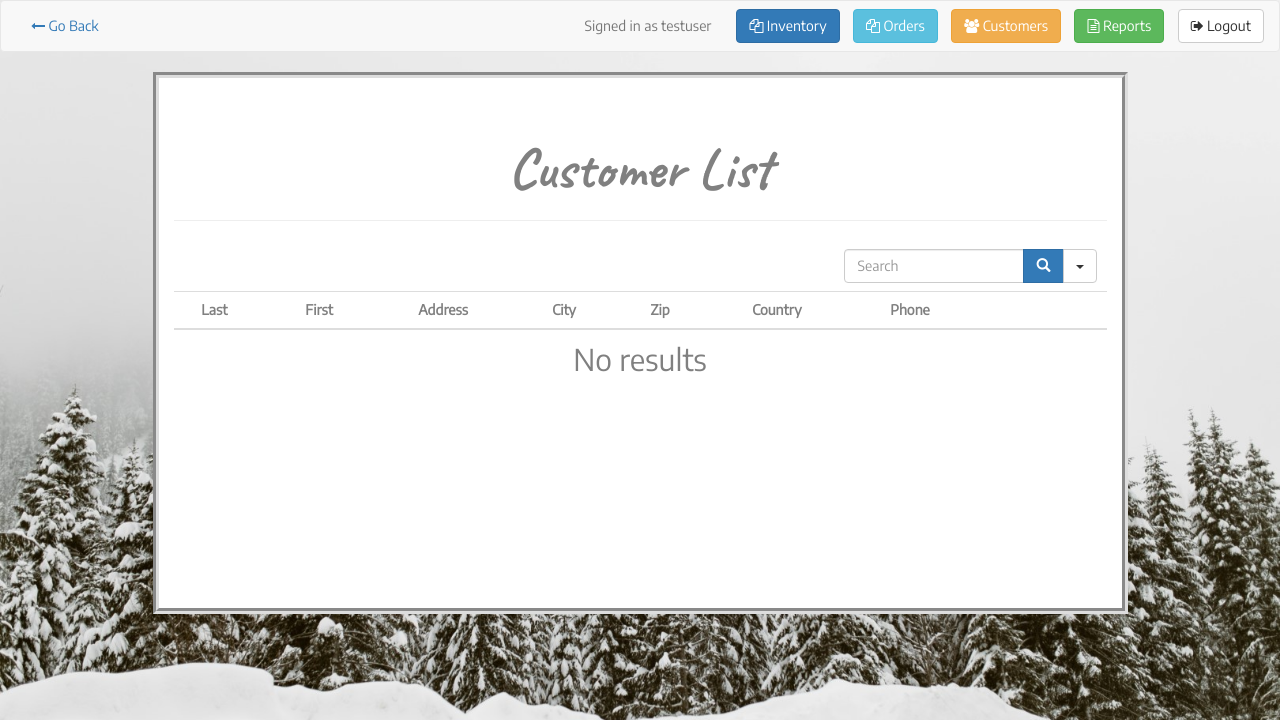
Repository: maliking/making
Page: http://localhost/final_project/customers.php
The author's editor kept a record of every edit. The page is drawn from the files as they stood at one moment, then again after the next edit.
The browser window is 1280 px wide. The pictures show the whole page.
The page is run by PHP 8.4 with error messages shown; the project is at /var/www/html/. The session is filled in as if someone had signed in: {"username": "testuser", "userType": "admin", "adminFullName": "Test User"}. Other server files are loaded and not shown. Queries for data that is not in the repository find no rows.

Above is the page before.
Console error: TypeError: Cannot read properties of undefined (reading 'prototype')

### final_project/customers.php
<?php
session_start();

if (!isset($_SESSION["username"])) {
    header("Location: loginPage.php");
    exit;
}

function customerList() {
    include "../dbConnection.php";
    $conn = getDatabaseConnection();

    $sql = "  SELECT *
                FROM customers
            ORDER BY customers.customerID";

    $stmt = $conn -> prepare($sql);
    $stmt -> execute();
    $records = $stmt -> fetchAll(PDO::FETCH_ASSOC);

    return $records;
}
?>

<!DOCTYPE html>
<html>
    <head>
        <title>Customers</title>
        <!-- HEADER TEMPLATE BEGIN -->
        <?php include 'templates/header.php'?>
        <!-- HEADER TEMPLATE END -->
    </head>
    <body>
        <nav class="navbar navbar-default">
            <div class="container-fluid">
                <div class="navbar-header navbar-left">
                    <p class="navbar-text"><a href="index.php"><i class="fa fa-long-arrow-left"></i> Go Back</a></p>
                </div>
                <div class="navbar-header navbar-right">
                    <p class="navbar-text">Signed in as <?=$_SESSION['username']?></p>
                    <a class="btn btn-primary navbar-btn productBtn" href="index.php"><i class="fa fa-files-o"></i> Inventory</a>
                    <a class="btn btn-info navbar-btn productBtn" href="orders.php"><i class="fa fa-files-o"></i> Orders</a>
                    <a class="btn btn-warning navbar-btn productBtn" href="customers.php"><i class="fa fa-users"></i> Customers</a>
                    <a class="btn btn-success navbar-btn productBtn" href="reports.php"><i class="fa fa-file-text-o"></i> Reports</a>
                    <a class="btn btn-default navbar-btn productBtn" href="logout.php"><i class="fa fa-sign-out"></i> Logout</a>
                </div>
            </div>
        </nav>
        <div class="container">
            <div class="row">
                <div class="col-xs-10 col-xs-offset-1 text-center">
                    <h1>Customer List</h1>
                    <hr>
                    <table class="table" data-filtering="true">
                        <thead>
                        <tr>
                            <th>Last</th>
                            <th>First</th>
                            <th>Address</th>
                            <th>City</th>
                            <th>Zip</th>
                            <th>Country</th>
                            <th>Phone</th>
                            <th></th>
                            <th></th>
                        </tr>
                        </thead>

                        <?php
                        $customers = customerList();
                        foreach ($customers as $customer) {
                            echo "<tr>";
                            echo "<td>" . $customer["lastName"] . "</td>";
                            echo "<td>" . $customer["firstName"] . "</td>";
                            echo "<td>" . $customer["address"] . "</td>";
                            echo "<td>" . $customer["city"] . "</td>";
                            echo "<td>" . $customer["zip"] . "</td>";
                            echo "<td>" . $customer["country"] . "</td>";
                            echo "<td>" . $customer["phone"] . "</td>";
                            echo "<td><a href=\"orders.php?customerID=" . $customer["customerID"] . " class=\"btn btn-link\">View All Orders</a></td>";
                            echo "<td>
                                    <a class=\"btn btn-warning productBtn\" href=\"editCustomer.php?customerID=" . $customer["customerID"] . "\"><i class=\"fa fa-pencil\"></i></a>
                                  </td>";
                            echo "</tr>";
                        }
                        ?>
                    </table>
                </div>
            </div>
        </div>
        <!-- FOOTER TEMPLATE BEGIN -->
        <?php include 'templates/footer.php'?>
        <!-- FOOTER TEMPLATE END -->
        <script>
        /* global $ jQuery */
        jQuery(function($){
        	$('.table').footable({
        		"sorting": {
        			"enabled": true
        		},
        		"paging": {
        		    "enabled": true
        		}
        	});
        });
        </script>
    </body>
</html>

### final_project/templates/header.php
<meta charset="utf-8" />
<link rel="stylesheet" href="../bootstrap/css/bootstrap.min.css">
<link rel="stylesheet" href="https://cdnjs.cloudflare.com/ajax/libs/font-awesome/4.7.0/css/font-awesome.min.css" />
<link href="css/styles.css" rel="stylesheet" type="text/css" />
<link href="footable/css/footable.bootstrap.min.css" rel="stylesheet" type="text/css" />
<link href="https://fonts.googleapis.com/css?family=Caveat:700|Encode+Sans" rel="stylesheet">

### dbConnection.php
<?php
function getDatabaseConnection($dbname="quotes") {
    // cloud9
    $host = 'localhost';
    $username = 'root';
    $password = '';

    //using different database variables in Heroku
    if  (strpos($_SERVER['HTTP_HOST'], 'herokuapp') !== false) {
        $url = parse_url(getenv("CLEARDB_DATABASE_URL"));
        $host = $url["host"];
        $dbname = substr($url["path"], 1);
        $username = $url["user"];
        $password = $url["pass"];
    }

    $conn = new PDO("mysql:host=$host;dbname=$dbname", $username, $password);
    $conn->setAttribute(PDO::ATTR_ERRMODE, PDO::ERRMODE_EXCEPTION);

    return $conn;
}
?>

### final_project/templates/footer.php
<script src="../bootstrap/js/jquery.min.js"></script>
<script src="../bootstrap/js/bootstrap.min.js"></script>
<script type="text/javascript" src="footable/js/footable.min.js"></script>

### final_project/css/styles.css
body {
    font-family: 'Encode Sans', sans-serif;
    background-image: url('../img/back3.jpg');
    background-attachment: fixed;
    background-size: cover;
    background-repeat: no-repeat;
    color: gray;
}

h1 {
    font-family: 'Caveat', cursive;
    padding-top: 40px;
    font-size: 4em;
}

.btn-sq-lg {
  width: 150px !important;
  height: 150px !important;
  padding-top: 20px !important;
}

.col-xs-8,
.col-xs-10 {
    background-color: white;
    border: 6px solid #ddd;
    border-style: groove;
    padding-bottom: 200px;
}

#reports {
}

th {
    text-align: center;
}

.brand {
    max-height: 30px;
    max-width: 70px;
}

#addProduct {
    float: right;
}

.productBtn {
    margin-left: 10px;
}

#green {
    color: green;
}
#red {
    color: red;
}

Loaded but not shown: bootstrap/css/bootstrap.min.css (library); final_project/footable/css/footable.bootstrap.min.css (library); bootstrap/js/jquery.min.js (library); bootstrap/js/bootstrap.min.js (library); final_project/footable/js/footable.min.js (library)

After the next edit:
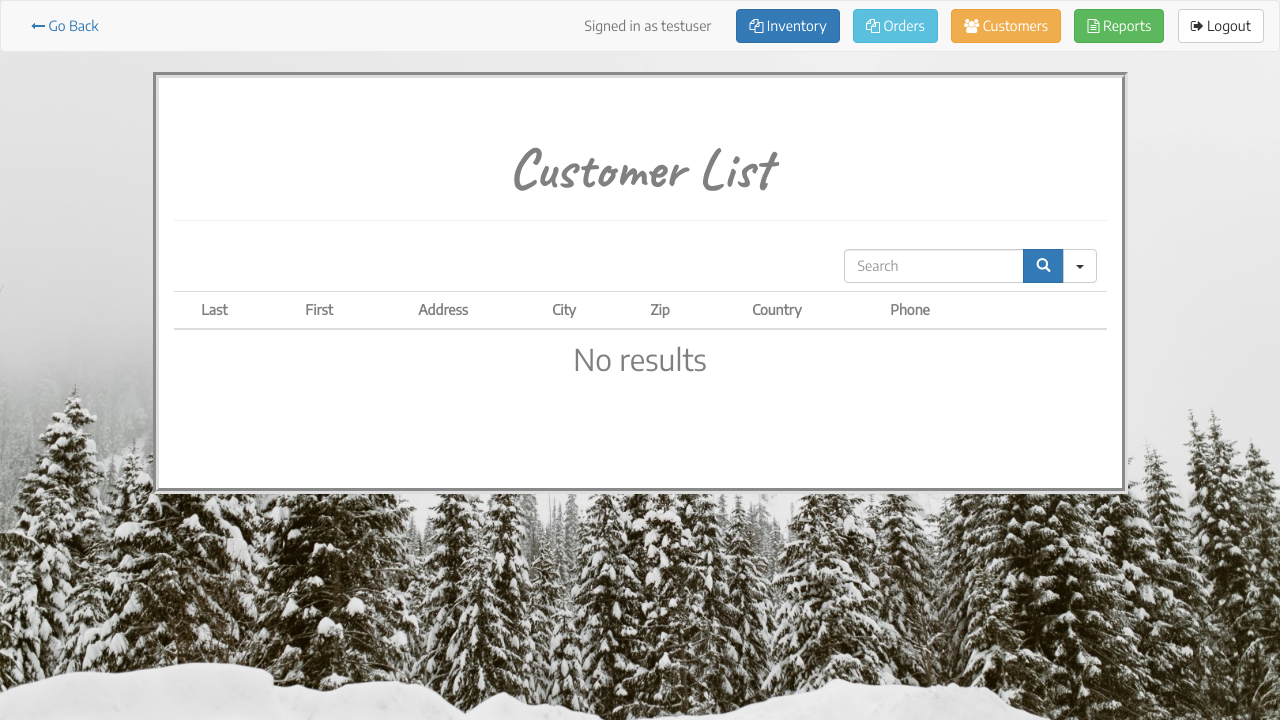
The edit:
--- a/final_project/css/styles.css
+++ b/final_project/css/styles.css
@@ -24,7 +24,7 @@
     background-color: white;
     border: 6px solid #ddd;
     border-style: groove;
-    padding-bottom: 200px;
+    padding-bottom: 80px;
 }
 
 #reports {
